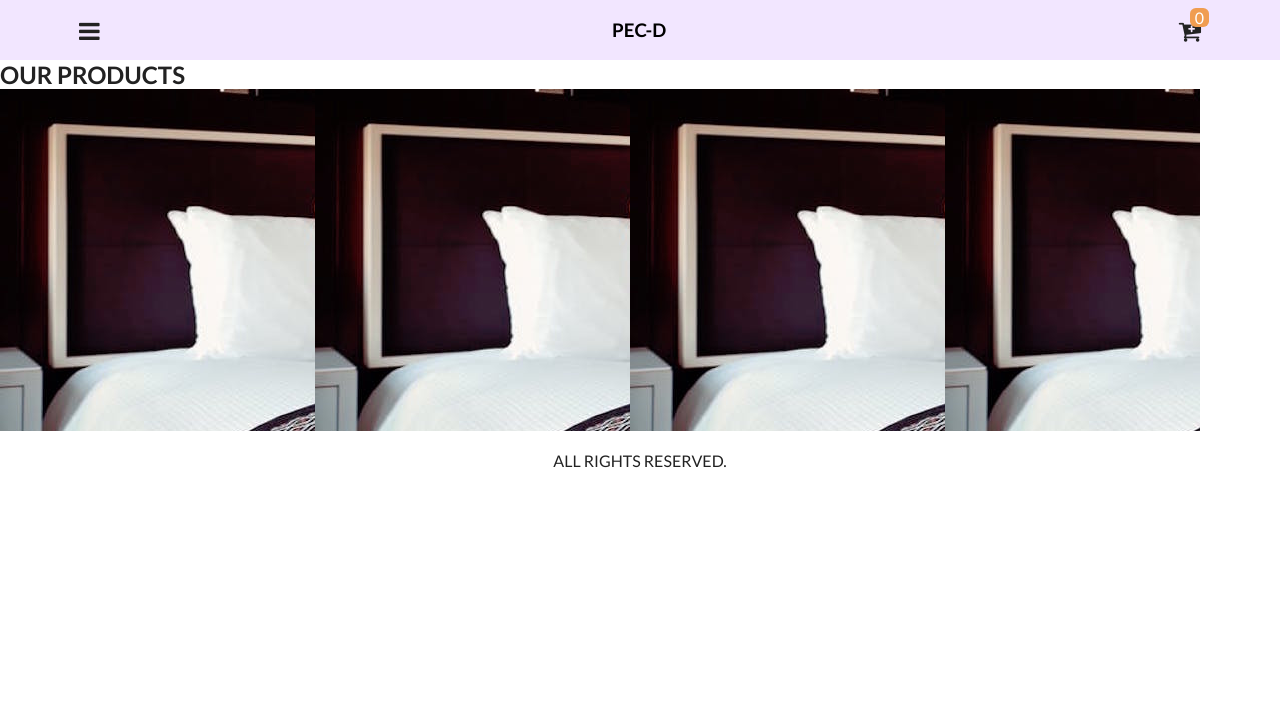
Repository: CHIR4G7/PEC-D
Page: http://localhost/
The author's editor kept a copy of each file at every save. The page is drawn from the files as they stood at one save, then again after the next save.
The browser window is 1280 px wide. The pictures show the whole page.
The page is served by the project's Node server (app.js).

Above is the page before, as saved 2023-07-08 01:04:05.

### public/index.html
<!DOCTYPE html>
<html lang="en">

<head>
    <meta charset="UTF-8">
    <meta http-equiv="X-UA-Compatible" content="IE=edge">
    <meta name="viewport" content="width=device-width, initial-scale=1.0">
    <title>PEC-D</title>
    <link rel="stylesheet" href="https://cdnjs.cloudflare.com/ajax/libs/font-awesome/4.7.0/css/font-awesome.min.css">
    <link rel="stylesheet" href="css/style.css">
</head>

<body>
    <!-- navabr -->
    <nav class="navbar">
        <div class="navbar-center">
            <span class="nav-icon">
                <i class="fa fa-bars"></i>
            </span>
            <!-- <img src="/images/logo.svg" alt="logo" class="sr"> -->
            <h3 class="logo-name">PEC-D</h3>
            <div class="cart-btn">
                <span class="nav-icon">
                    <i class="fa fa-cart-plus"></i>
                </span>
                <div class="cart-items">0</div>
            </div>
        </div>
    </nav>
    <!-- end of navbar -->

    <!-- hero -->
    <!-- <header class="hero">
        <div class="banner">
            <h1 class="banner-title">FURNITURE COLLECTION</h1>
            <button class="banner-btn">SHOW NOW</button>
        </div>
    </header> -->
    <!-- end of hero -->

    <!-- products -->
    <div class="products">
         <div class="section-title">
            <h2>OUR PRODUCTS</h2>
        </div>
        <div class="body1">
            <div class="content">
                <ul class="content-inner">
                    <li class="card">
                        <article class="product">
                            <div class="img-container">
                                <img src="/images/product-1.jpeg" alt="product" class="product-img">
                                <button class="bag-btn" data-id="1">
                                    <i class="fa fa-shopping-cart"></i>
                                    add to bag.
                                </button>
                            </div>
                            <h3>add name</h3>

                        </article>
                    </li>
                    <li class="card">
                        <article class="product">
                            <div class="img-container">
                                <img src="/images/product-1.jpeg" alt="product" class="product-img">
                                <button class="bag-btn" data-id="1">
                                    <i class="fa fa-shopping-cart"></i>
                                    add to bag.
                                </button>
                            </div>
                            <h3>add name</h3>

                        </article>
                    </li>
                    <li class="card">
                        <article class="product">
                            <div class="img-container">
                                <img src="/images/product-1.jpeg" alt="product" class="product-img">
                                <button class="bag-btn" data-id="1">
                                    <i class="fa fa-shopping-cart"></i>
                                    add to bag.
                                </button>
                            </div>
                            <h3>add name</h3>

                        </article>
                    </li>
                    <li class="card">
                        <article class="product">
                            <div class="img-container">
                                <img src="/images/product-1.jpeg" alt="product" class="product-img">
                                <button class="bag-btn" data-id="1">
                                    <i class="fa fa-shopping-cart"></i>
                                    add to bag.
                                </button>
                            </div>
                            <h3>add name</h3>

                        </article>
                    </li>
                </ul>
            </div>
        </div>
        <div class="products-center">
            <!-- single product -->

            <!-- PRODCUT DETIALS -->
            <!-- <article class="product">
                <div class="img-container">
                    <img src="/images/product-1.jpeg" alt="product" class="product-img">
                    <button class="bag-btn" data-id="1">
                        <i class="fa fa-shopping-cart"></i>
                        add to bag.
                    </button>
                </div>
                <h3>add name</h3>

            </article> -->
            <!-- THIS IS END OF PRODUCT DETIALS -->

            <!-- PRODCUT DETIALS -->
            <!-- <article class="product">
                <div class="img-container">
                    <img src="/images/product-8.jpeg" alt="product" class="product-img">
                    <button class="bag-btn" data-id="1">
                        <i class="fa fa-shopping-cart"></i>
                        add to bag.
                    </button>
                </div>
                <h3>TABLE</h3>
                <h4>$11.99</h4>
            </article> -->
            <!-- THIS IS END OF PRODUCT DETIALS -->

            <!-- PRODCUT DETIALS -->
            <!-- <article class="product">
                <div class="img-container">
                    <img src="/images/product-7.jpeg" alt="product" class="product-img">
                    <button class="bag-btn" data-id="1">
                        <i class="fa fa-shopping-cart"></i>
                        add to bag.
                    </button>
                </div>
                <h3>COUCH</h3>
                <h4>$42.99</h4>
            </article> -->
            <!-- THIS IS END OF PRODUCT DETIALS -->

            <!-- PRODCUT DETIALS -->
            <!-- <article class="product">
                <div class="img-container">
                    <img src="/images/product-2.jpeg" alt="product" class="product-img">
                    <button class="bag-btn" data-id="1">
                        <i class="fa fa-shopping-cart"></i>
                        add to bag.
                    </button>
                </div>
                <h3>KING PANEL BED</h3>
                <h4>$12.99</h4>
            </article> -->
            <!-- THIS IS END OF PRODUCT DETIALS -->

            <!-- PRODCUT DETIALS -->
            <!-- <article class="product">
                <div class="img-container">
                    <img src="/images/product-5.jpeg" alt="product" class="product-img">
                    <button class="bag-btn" data-id="1">
                        <i class="fa fa-shopping-cart"></i>
                        add to bag.
                    </button>
                </div>
                <h3>FRIDGE</h3>
                <h4>$34.99</h4>
            </article> -->
            <!-- THIS IS END OF PRODUCT DETIALS -->

            <!-- PRODCUT DETIALS -->
            <!-- <article class="product">
                <div class="img-container">
                    <img src="/images/product-6.jpeg" alt="product" class="product-img">
                    <button class="bag-btn" data-id="1">
                        <i class="fa fa-shopping-cart"></i>
                        add to bag.
                    </button>
                </div>
                <h3>DRESSER</h3>
                <h4>$22.99</h4>
            </article> -->
            <!-- THIS IS END OF PRODUCT DETIALS -->

            <!-- PRODCUT DETIALS -->
            <!-- <article class="product">
                <div class="img-container">
                    <img src="/images/product-3.jpeg" alt="product" class="product-img">
                    <button class="bag-btn" data-id="1">
                        <i class="fa fa-shopping-cart"></i>
                        add to bag.
                    </button>
                </div>
                <h3>TWIN PANEL BED</h3>
                <h4>$17.99</h4>
            </article> -->
            <!-- THIS IS END OF PRODUCT DETIALS -->

            <!-- PRODCUT DETIALS -->
            <!-- <article class="product">
                <div class="img-container">
                    <img src="/images/product-4.jpeg" alt="product" class="product-img">
                    <button class="bag-btn" data-id="1">
                        <i class="fa fa-shopping-cart"></i>
                        add to bag.
                    </button>
                </div>
                <h3>SINGLE PANEL BED</h3>
                <h4>$23.99</h4>
            </article> -->
            <!-- THIS IS END OF PRODUCT DETIALS -->
        </div>
    </div>
    <!-- end of products -->




    <!-- CART BEGINS -->
    <div class="cart-overlay">
        <div class="cart">
            <span class="close-cart">
                <i class="fa fa-window-close"></i>
            </span>
            <h2>YOUR CART</h2>
            <div class="cart-content">
                <!-- cart item -->
                <div class="cart-item">
                    <!-- <img src="/images/product-1.jpeg" alt="product">
                    <div>
                        <h4>QUEEN BED</h4>
                        <h5>$9.00</h5>
                        <span class="remove-item">Remove</span>
                    </div>
                    <div>
                        <i class="fa fa-chevron-up"></i>
                        <p class="item-amount">0</p>
                        <i class="fa fa-chevron-down"></i>
                    </div> -->
                </div>
                <!-- end of cart item -->

            </div>

            <div class="cart-footer">
                <h3>YOUR TOTAL : $ <span class="cart-total"></span></h3>
                <button class="clear-cart banner-btn">CLEAR CART</button>
            </div>

        </div>
    </div>
    <!-- CART ENDS -->
    <!-- FOOOTER -->
    <div class="footer">
        ALL RIGHTS RESERVED.
    </div>
    <!-- END OF THE FOOTER -->

    <!-- <script src="src/script.js"></script> -->
</body>

</html>

### app.js
import express from "express";
import bodyParser from "body-parser";

const app = express();
const port = 5002;
app.use(express.static("public"))
app.use(bodyParser.urlencoded({extended:true}));
app.set("view engine","ejs");


app.get("/",(request,response)=>
{
    response.sendFile("/Users/chirag/Desktop/PEC D/public/index.html");
})

app.listen(port,()=>
{
    console.log("server working");
})

### public/css/style.css
@import url("https://fonts.googleapis.com/css?family=Lato:400,700");


/* creating variables */
:root {
    --primaryColor: #f09d51;
    --mainWhite: #fff;
    --mainBlack: #222;
    --mainGrey: #ececec;
    --mainSpacing: 0.1rem;
    --mainTransition: all 0.3s linear;
}

/* resetting elements */
* {
    margin: 0;
    padding: 0;
    box-sizing: border-box;
}


body {
    color: var(--mainBlack);
    background: var(--mainWhite);
    font-family: "Lato", sans-serif;
}


/* navbar */
.navbar {
    position: sticky;
    top: 0;
    height: 60px;
    width: 100%;
    display: flex;
    align-items: center;
    background: #f2e6ff;
    z-index: 1;
}

.logo-name
{
    color: black;
}

.navbar-center {
    width: 100%;
    max-width: 1170px;
    margin: 0 auto;
    display: flex;
    align-items: center;
    justify-content: space-between;
    padding: 0 1.5rem;
}

.nav-icon {
    font-size: 1.5rem;
}

.cart-btn {
    position: relative;
    cursor: pointer;
}

.cart-items {
    position: absolute;
    top: -8px;
    right: -8px;
    background: var(--primaryColor);
    padding: 0 5px;
    border-radius: 30%;
    color: var(--mainWhite);
}

/* hero */
.hero {
    min-height: calc(100vh - 60px);
    background: url("./images/bg-3.jpg") center/cover no-repeat;
    display: flex;
    align-items: center;
    justify-content: center;
  }
  .banner {
    text-align: center;
    background: #f2e6ff;
    display: inline-block;
    padding: 2rem;
  }
  .banner-title {
    font-size: 3.4rem;
    text-transform: uppercase;
    letter-spacing: var(--mainSpacing);
    margin-bottom: 3rem;
  }
  .banner-btn {
    padding: 1rem 3rem;
    text-transform: uppercase;
    letter-spacing: var(--mainSpacing);
    font-size: 1rem;
    background: #9999FF;
    color: var(--mainBlack);
    border: 1px solid var(--primaryColor);
    transition: var(--mainTransition);
    cursor: pointer;
  }
  .banner-btn:hover {
    background: transparent;
    color: var(--primaryColor);
  }


  /* products */
  /* .products {
    padding: 4rem 0;
    border: 2px solid red;
  }
  .section-title h2 {
    text-align: center;
    font-size: 2.5rem;
    margin-bottom: 5rem;
    text-transform: capitalize;
    letter-spacing: var(--mainSpacing);
  }
  .products-center {
    width: 90vw;
    margin: 0 auto;
    max-width: 1170px;
    display: grid;
    grid-template-columns: repeat(auto-fit, minmax(260px, 1fr));
    grid-column-gap: 1.5rem;
    grid-row-gap: 2rem;
  }
  .img-container {
    position: relative;
    overflow: hidden;
  }
  .bag-btn {
    position: absolute;
    top: 70%;
    right: 0;
    background: var(--primaryColor);
    border: none;
    text-transform: uppercase;
    padding: 0.5rem 0.75rem;
    letter-spacing: var(--mainSpacing);
    font-weight: bold;
    transition: var(--mainTransition);
    transform: translateX(101%);
    cursor: pointer;
  }
  .bag-btn:hover {
    color: var(--mainWhite);
  }
  .fa-shopping-cart {
    margin-right: 0.5rem;
  }
  .img-container:hover .bag-btn {
    transform: translateX(0);
  }
  .product-img {
    display: block;
    width: 100%;
    min-height: 12rem;
    transition: var(--mainTransition);
  }
  .img-container:hover .product-img {
    opacity: 0.5;
  }

  .product
  {
    border: 2px solid blue;
  }

  .product h3 {
    text-transform: capitalize;
    font-size: 1.1rem;
    margin-top: 1rem;
    letter-spacing: var(--mainSpacing);
    text-align: center;
  }

  .product h4 {
    margin-top: 0.7rem;
    letter-spacing: var(--mainSpacing);
    color: var(--primaryColor);
    text-align: center;
  }
   */

   /* slider
   .body1
{
    display: flex;
    /* align-items: center; */
    justify-content: center;
    min-height: 100vh;
    /* background-color: lawngreen; */
    /* border: 2px solid yellow; */
    padding: 0 35px;
}
.card img
{
    height: 150px;
    width: 150px;
    margin-bottom: 5px;
    object-fit: cover;
}
.content
{
    max-width: 1200px;
    width: 100%;
    /* position: relative; */
    /* border: 2px solid red; */
}
.content .content-inner
{
    display: grid;
    grid-auto-flow: column;
    grid-auto-columns: 25%;
    gap: 15px;
    /* overflow: hidden; */
    overflow-x: auto;
    scroll-snap-type: x mandatory;
    scroll-behavior: smooth;
    scrollbar-width: 0;

}
.content .card
{
    list-style: none;
    background-color: lightblue;
    color: black;
    border-radius: 10px;
    height: 342px;
     display: flex;
    flex-direction: column;
    /*align-items: center;*/
    justify-content: center;
    cursor: pointer;
    width: 280px;

}
.content i
{
    height: 30px;
    width: 50px;
    margin: 10px;
    background-color: wheat;
    color: black;
    text-align: center;
    line-height: 25px;
    border-radius: 50%;
    cursor: pointer;
}
.card-item
{
    display: flex;
    flex-direction: column;
    justify-content: center;
    align-items: center;
    margin: 15px;
    padding-top: 5px;
}
.card-item h4
{
    margin-bottom: 4px;
}

   */

  /* cart */
  .cart-overlay {
    position: fixed;
    top: 0;
    right: 0;
    width: 100%;
    height: 100%;
    transition: var(--mainTransition);
    background: rgb(240, 157, 81, 0.5);
    z-index: 2;
    visibility: hidden;
  }
  .cart {
    position: fixed;
    top: 0;
    right: 0;
    width: 100%;
    height: 100%;
    overflow: scroll;
    z-index: 3;
    background: rgb(231, 226, 221);
    padding: 1.5rem;
    transition: var(--mainTransition);
    transform: translateX(100%);
  }
  .showCart {
    transform: translateX(0);
  }
  .transparentBcg {
    visibility: visible;
  }
  @media screen and (min-width: 768px) {
    .cart {
      width: 30vw;
      min-width: 450px;
    }
  }

  .close-cart {
    font-size: 1.7rem;
    cursor: pointer;
  }
  .cart h2 {
    text-transform: capitalize;
    text-align: center;
    letter-spacing: var(--mainSpacing);
    margin-bottom: 2rem;
  }
  /*---------- Cart Item -------------------- */
  .cart-item {
    display: grid;
    align-items: center;
    grid-template-columns: auto 1fr auto;
    grid-column-gap: 1.5rem;
    margin: 1.5rem 0;
  }
  .cart-item img {
    width: 75px;
    height: 75px;
  }
  .cart-item h4 {
    font-size: 0.85rem;
    text-transform: capitalize;
    letter-spacing: var(--mainSpacing);
  }
  .cart-item h5 {
    margin: 0.5rem 0;
    letter-spacing: var(--mainSpacing);
  }
  .item-amount {
    text-align: center;
  }
  .remove-item {
    color: black;
    cursor: pointer;
  }
  .fa-chevron-up,
  .fa-chevron-down {
    color: var(--primaryColor);
    cursor: pointer;
  }
  /*---------- End of Cart Item -------------------- */

  .cart-footer {
    margin-top: 2rem;
    letter-spacing: var(--mainSpacing);
    text-align: center;
  }
  .cart-footer h3 {
    text-transform: capitalize;
    margin-bottom: 1rem;
  }


  /* FOOTER */
  .footer
  {
    position: relative;
    text-align: center;
    top: 20px;
  }

After the next save:
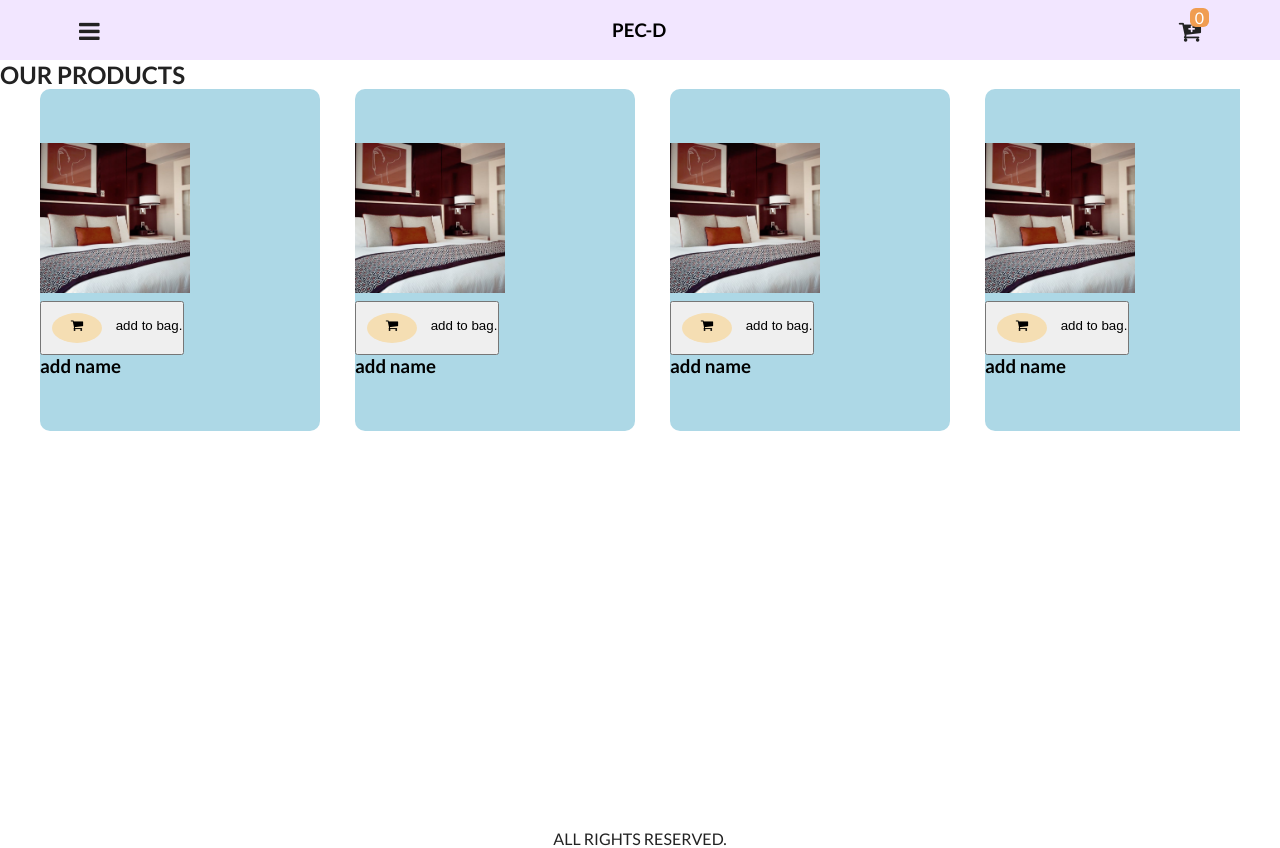
Saved 62 s later.
--- a/public/css/style.css
+++ b/public/css/style.css
@@ -188,11 +188,12 @@ body {
   }
    */
 
-   /* slider
+   /* slider*/
+
    .body1
 {
     display: flex;
-    /* align-items: center; */
+
     justify-content: center;
     min-height: 100vh;
     /* background-color: lawngreen; */
